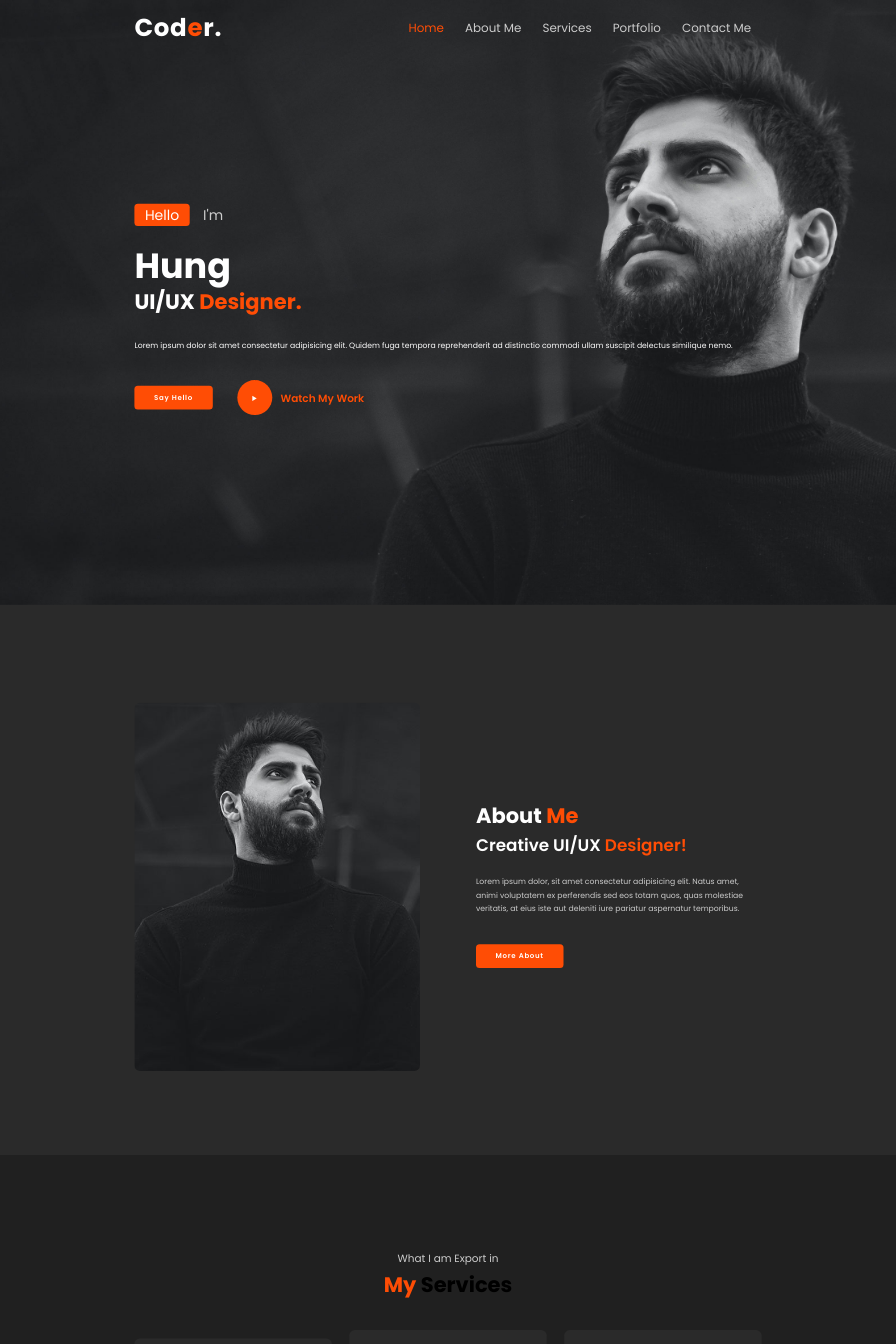
Repository: HungNg99/Protifolio2
Page: Portfolio/index.html
These files come from the project's save history. The page is drawn as it stood at one moment and after the next save; the edit follows.
The browser window is 1280 px wide. The pictures show the part of the page from y = 0 to 1920 px (the page is 3487 px tall before and 3407 px after), at 70% of full size.

Above is the page before, as saved 2022-12-12 15:29:26.

After the next save:
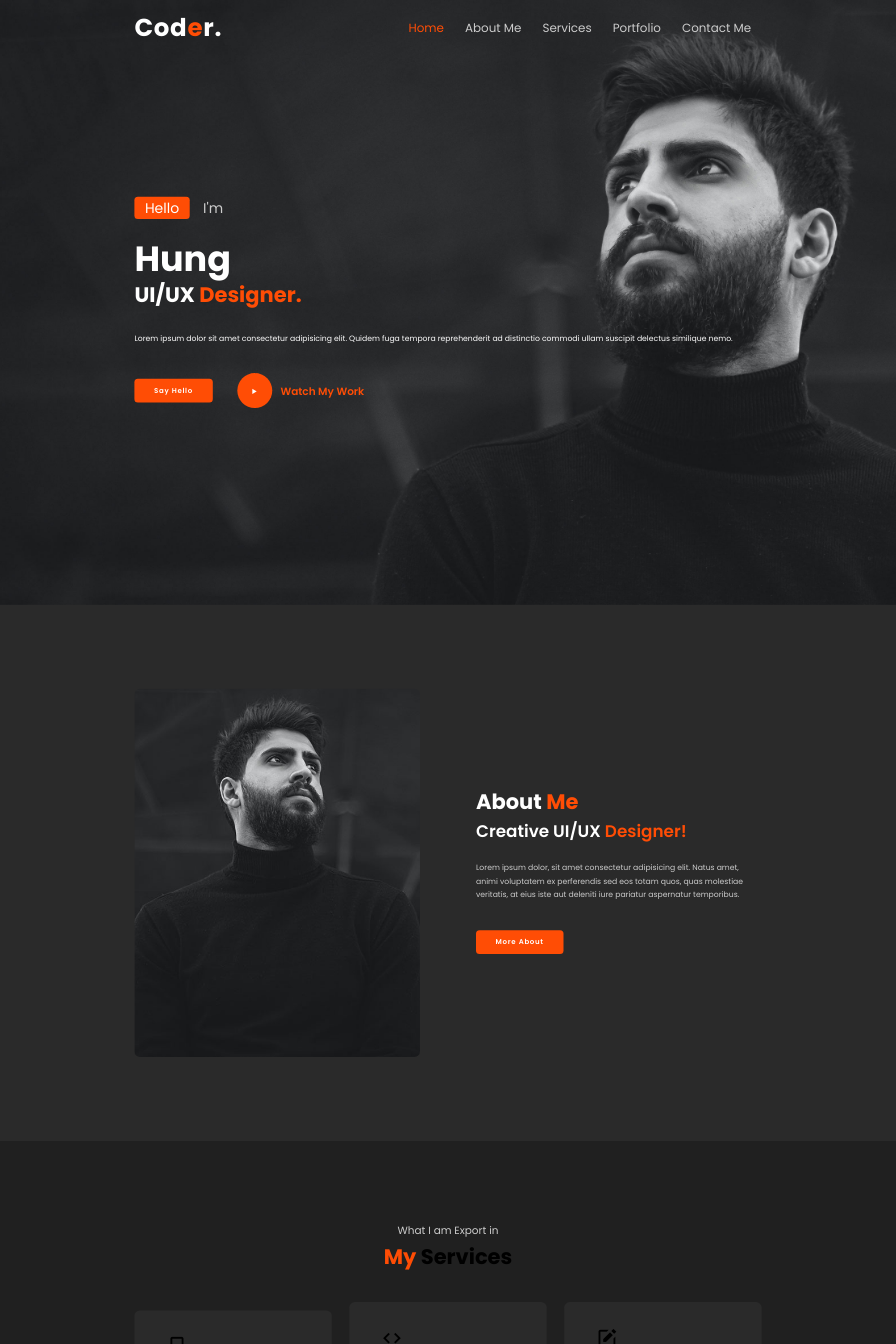
Saved 70 s later.
--- a/Portfolio/style.css
+++ b/Portfolio/style.css
@@ -70,7 +70,7 @@ span {
 }
 
 section {
-    padding: 140px 15% 120px;
+    padding: 120px 15% 120px;
 }
 
 .home {
